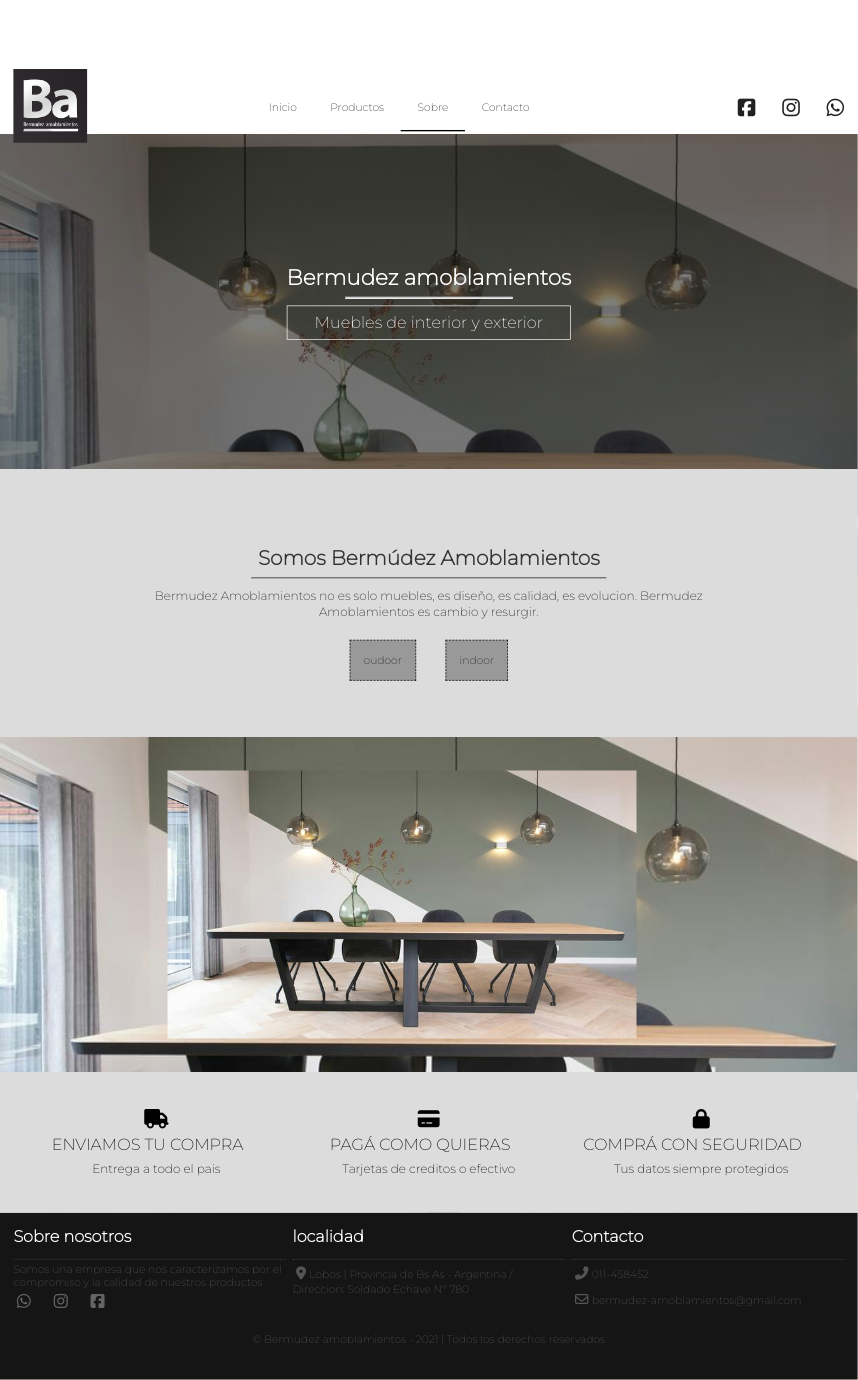
Repository: DamianBermudez94/Bermudez-amoblamientos
Page: index.html
These files come from the project's save history. The page is drawn as it stood at one moment and after the next save; the edit follows.
The browser window is 1280 px wide. The pictures show the whole page, at 67% of full size.
Backgrounds fixed to the window are drawn as part of the page. Some web libraries are served in a nearby version.

Above is the page before, as saved 2022-09-22 18:32:43.

After the next save:
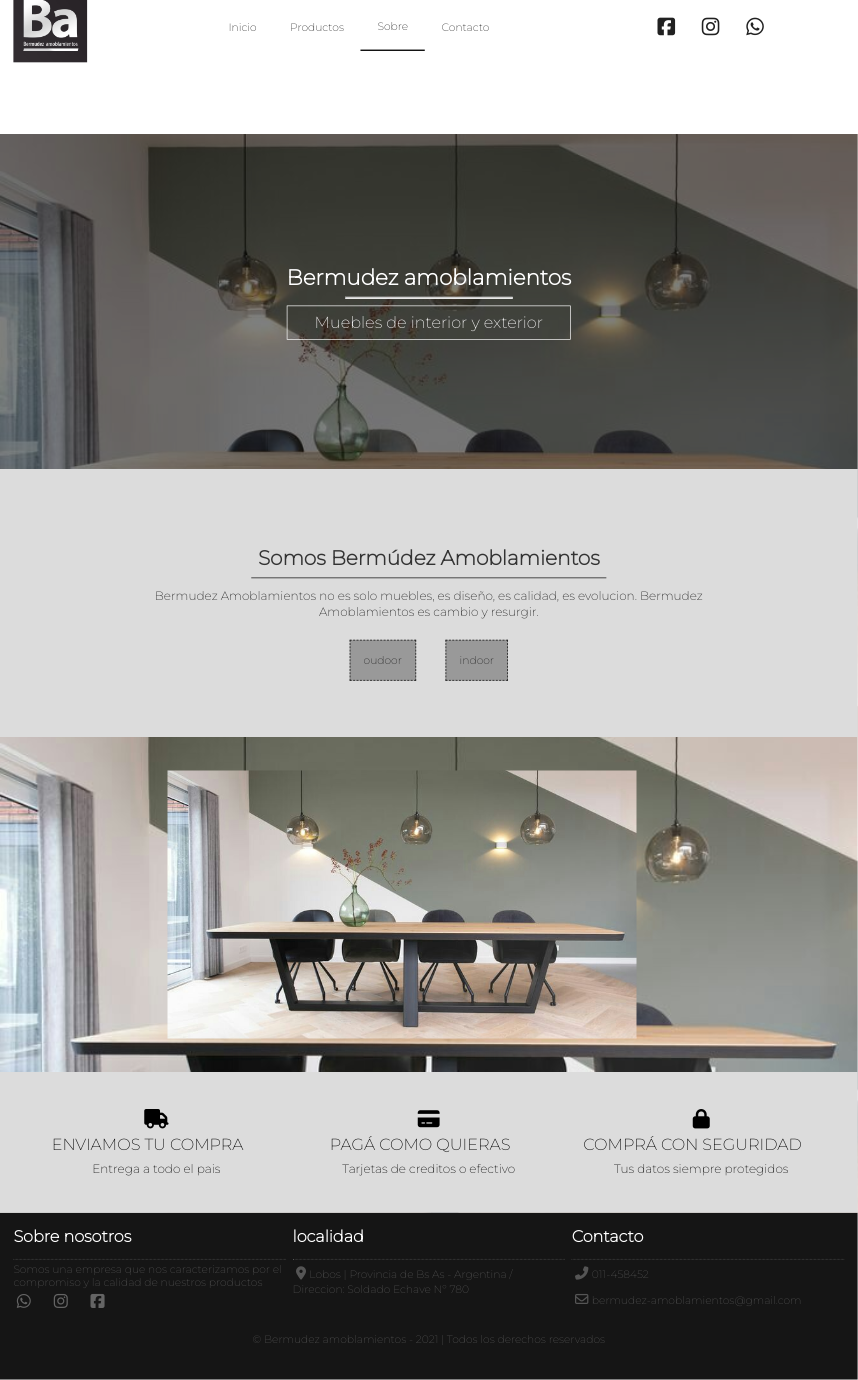
Saved 16 s later.
--- a/header/header.css
+++ b/header/header.css
@@ -214,7 +214,7 @@
     display: flex;
     align-items: center;
     justify-content: space-between;
-    padding: 120px 0 0 0;
+    padding: 0 120px 120px 0;
 
 
   }
